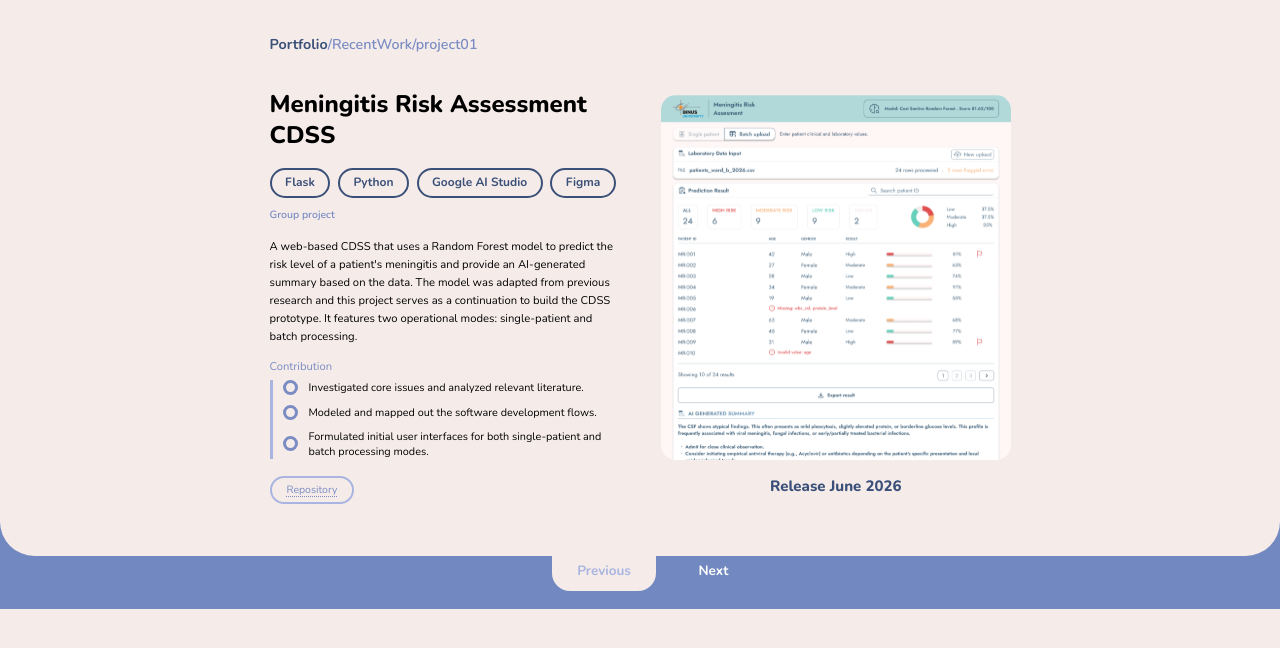
Repository: L-vy/L-vy
Page: /recentworks/project01
An editor plug-in stored every save of this project. The page is shown before and after the next save, followed by the edit.
The browser window is 1280 px wide. The pictures show the whole page.
Some web fonts or font styles are not loaded; a fallback is used. The project was rebuilt for these pictures with package versions that can differ from the ones it lists, and the page was loaded fresh each time. Also part of the build but not shown: vite.config.ts, src/components/Icon.tsx, src/data/site.ts, src/components/useGoTo.ts, src/components/Navbar.tsx, src/components/Hero.tsx, src/components/Reveal.tsx, src/components/Skills.tsx and 9 more.

Above is the page before, as saved 2026-10-07 19:42:45.

### index.html
<!doctype html>
<html lang="en">
  <head>
    <meta charset="UTF-8" />
    <meta name="viewport" content="width=device-width, initial-scale=1.0" />
    <meta name="description" content="Portfolio of Latasha Ivy Khoe, Computer Science student specializing in Cloud Technology, UI/UX design and full-stack development." />
    <meta name="theme-color" content="#7288c1" />
    <link rel="icon" href="/images/ivy-logo.svg" />
    <link rel="preconnect" href="https://fonts.googleapis.com" />
    <link rel="preconnect" href="https://fonts.gstatic.com" crossorigin />
    <link href="https://fonts.googleapis.com/css2?family=Nunito:ital,wght@0,400;0,600;0,700;0,800;1,400&family=Playwrite+US+Modern:wght@100..400&display=swap" rel="stylesheet" />
    <title>Latasha Ivy Khoe | Portfolio</title>
  </head>
  <body>
    <div id="root"></div>
    <script type="module" src="/src/main.tsx"></script>
  </body>
</html>

### src/main.tsx
import { StrictMode } from 'react'
import { createRoot } from 'react-dom/client'
import App from './App'
import './styles.css'
createRoot(document.getElementById('root')!).render(<StrictMode><App /></StrictMode>)

### src/App.tsx
import { BrowserRouter, Route, Routes } from 'react-router-dom'
import Home from './pages/Home'
import ProjectDetails from './pages/ProjectDetails'
import CursorCircle from './components/CursorCircle'
export default function App() {
  return (
    <BrowserRouter>
      <CursorCircle />
      <Routes>
        <Route path="/" element={<Home />} />
        <Route path="/recentworks/:id" element={<ProjectDetails />} />
        <Route path="*" element={<Home />} />
      </Routes>
    </BrowserRouter>
  )
}

### src/styles.css
/* Sizes are authored at design scale (16px = 1rem) and rendered at 75% via html{font-size:75%}. */
:root{--blue:#7288c1;--cream:#f5ecea;--ink:#3b5078;--peri:#7a8cc2;--light:#a9b5e0;--bar:#9fadd1;--pill:#d3d6e6;--panel:#d1d4e3;--ph:#d9d9d9;--txt:#000;--gut:max(3.5rem,calc((100% - 68.75rem)/2 + 3.5rem));color-scheme:light}
html{font-size:75%}
*{box-sizing:border-box}
body{margin:0;background:var(--cream);color:var(--txt);font-family:'Nunito',system-ui,sans-serif;line-height:1.4}
h1,h2,h3,p,ul{margin:0}
ul{padding:0;list-style:none}
a{color:inherit}
button{font-family:inherit;cursor:pointer}
img{max-width:100%}
:focus-visible{outline:3px solid var(--ink);outline-offset:3px}
.fx{font-family:'Playwrite US Modern','Nunito',cursive;font-weight:400}
.nav{position:relative;height:4.5rem;background:var(--blue)}
.nav::after{content:'';position:absolute;left:0;right:0;top:100%;height:2.875rem;background:var(--blue)}
.nav-tabs{max-width:68.75rem;margin:0 auto;height:100%;display:flex;align-items:flex-end;padding-left:28%}
.nav-tab{width:8.25rem;height:4rem;border:0;background:none;color:#e9ecf7;display:grid;place-items:center;padding:0;transition:opacity .25s}
.nav-tab:hover{opacity:.8}
.nav-tab.active{background:var(--cream);border-radius:1.5rem 1.5rem 0 0;color:var(--light);opacity:1}
.nav-tab img{height:2.125rem}
.page{position:relative;z-index:1;background:var(--cream);border-radius:2.875rem 2.875rem 0 0;padding:0 var(--gut)}
.section{padding-top:5.625rem}
.hero{position:relative;padding-top:2.875rem}
.hero-top{display:flex;justify-content:space-between;align-items:center}
.path{font-size:1.1875rem;font-weight:600;color:var(--peri)}
.path b{color:var(--ink);font-weight:700}
.crumb{background:none;border:0;padding:0;font:inherit;color:inherit}
.contact-link{background:none;border:0;font-size:1.1875rem;font-weight:700;color:var(--ink)}
.hero-grid{display:grid;grid-template-columns:16.875rem 1fr;gap:3.125rem;align-items:center;margin-top:3.25rem}
.hero-photo{width:100%;aspect-ratio:1;object-fit:cover;background:var(--ph);border-radius:2.5rem;transition:transform .3s}
.hero-photo:hover{transform:rotate(-1.2deg) scale(1.015)}
.hello{height:3.375rem;width:auto;display:block}
h1{margin-top:0.25rem;font:400 2.5rem/1.35 'Playwrite US Modern','Nunito',cursive}
.lead{max-width:30rem;font-size:1.0625rem;line-height:1.6;margin-top:0.875rem}
.lead.sm{font-size:0.9375rem;max-width:none;margin-top:1.25rem}
.actions{display:flex;align-items:center;gap:2.25rem;margin-top:1.625rem;flex-wrap:wrap}
.btn{display:inline-flex;align-items:center;gap:0.5rem;background:var(--ink);color:#fff;border:0;border-radius:62.4375rem;padding:0.75rem 1.375rem;font-size:1.0625rem;font-weight:700;transition:transform .25s}
.btn:hover{transform:translateY(-2px)}
.btn.blue{background:var(--blue);font-size:1.1875rem;padding:0.875rem 1.75rem}
.link-dotted{text-decoration:underline dotted;text-underline-offset:0.25rem;font-weight:700}
.link-dotted.grey{color:#777;font-size:1.0625rem}
.butterfly{display:block;margin:4rem auto 0;width:6rem}
.intro{max-width:47.5rem;margin:4.375rem auto 0;text-align:center}
.intro-text{font-size:1rem;line-height:1.7}
.pills{display:flex;flex-wrap:wrap;gap:0.625rem;justify-content:center;margin-top:1.375rem}
.pills.left{justify-content:flex-start}
.pill{border-radius:62.4375rem;padding:0.375rem 1.125rem;font-weight:700;font-size:0.9375rem;background:var(--pill);color:var(--ink)}
.pill.solid-outline{background:none;border:2px solid var(--ink);font-size:1rem}
.reveal{opacity:0;transform:translateY(0.875rem);transition:opacity .6s,transform .6s}
.reveal.in{opacity:1;transform:none}
.fill{height:100%}
.cards{display:grid;grid-template-columns:repeat(4,1fr);gap:1.625rem;margin-top:2.125rem}
.card{display:flex;flex-direction:column;min-width:0}
.card-img{display:block;aspect-ratio:400/420;border-radius:2.25rem;overflow:hidden;background:var(--ph);transition:transform .3s}
.card-img img{width:100%;height:100%;object-fit:cover;display:block}
.card:hover .card-img{transform:rotate(-1.2deg) scale(1.015)}
.card-title{display:flex;justify-content:space-between;align-items:flex-start;gap:0.5rem;margin-top:1rem;color:var(--ink)}
.card-title .icon{flex:none}
.clamp{font-size:1.125rem;font-weight:800;line-height:1.3;color:var(--txt);display:-webkit-box;-webkit-line-clamp:2;-webkit-box-orient:vertical;overflow:hidden}
.card-sum{font-size:0.875rem;line-height:1.5;margin-top:0.375rem}
.card-links{margin-top:0.625rem}
.card-links .link-dotted{color:var(--peri);font-size:0.875rem}
.tabbar{position:relative;background:var(--bar);border-radius:62.4375rem;padding:0.375rem 0.5rem;display:flex;justify-content:center;gap:0.75rem;margin-top:2.125rem;box-shadow:0 0.5rem 0.875rem -0.375rem rgba(60,70,110,.35)}
.tabwrap{position:relative;width:min(9.375rem,22%)}
.tab{width:100%;border:0;border-radius:62.4375rem;padding:0.5rem 0;font-size:1rem;font-weight:700;background:var(--pill);color:#8f9dcf;transition:background .25s,color .25s}
.tab.on{background:#fff;color:var(--ink)}
.pointer{position:absolute;left:50%;bottom:-1.25rem;margin-left:-0.5625rem;border:0.5625rem solid transparent;border-top:0;border-bottom:0.8125rem solid var(--ink)}
.panel{margin-top:2.75rem;background:var(--panel);border-radius:1.375rem;height:30.625rem;box-shadow:0 0.375rem 1rem -0.5rem rgba(60,70,110,.3);transition:background .3s,box-shadow .3s}
.panel.bound{background:transparent;box-shadow:none}
.banner{height:100%;display:flex;flex-direction:column;gap:2.125rem;padding:1.875rem 2.125rem 2.5rem}
.banner-img{flex:1;min-height:0;width:100%;object-fit:cover;background:var(--ph);border-radius:2.25rem;transition:transform .3s}
.banner:hover .banner-img{transform:rotate(-1.2deg) scale(1.015)}
.tx{padding-left:0.4375rem}
.tx h2{font-size:1.625rem;line-height:1.4}
.tx h3{margin-top:2px;font-size:1.1875rem;font-weight:700}
.tx p{margin-top:0.375rem;font-style:italic;font-size:0.9375rem}
.folders{height:100%;display:grid;grid-template-columns:1fr 1fr;gap:1.5rem;padding:1.75rem 2rem}
.folder{--rim:#3b5078;--body:#f3f3f9;background:var(--rim);border-radius:1.875rem;padding:1.5px;display:flex;flex-direction:column;overflow:hidden}
.media{height:11.875rem;margin-bottom:-2.5rem;flex:none;position:relative;overflow:hidden;border-radius:1.78125rem 1.78125rem 0 0;background:var(--ph)}
.media>*{display:block;width:100%;height:100%;object-fit:cover;background:var(--ph);transform:scale(1.06);transition:transform .3s}
.folder:hover .media>*{transform:rotate(-1.2deg) scale(1.1)}
.rest{flex:1;position:relative;z-index:1;background:var(--body);border-radius:0 1.78125rem 1.78125rem 1.78125rem;padding:0 1.375rem 1.125rem;display:flex;flex-direction:column}
.rest .tab{position:absolute;left:0;top:-2.25rem;width:80%;height:2.3125rem;padding:0;border-radius:1.25rem 1.25rem 0 0;background:var(--body)}
.rest .tab::after{content:'';position:absolute;right:-1.25rem;bottom:0;width:1.25rem;height:1.25rem;background:radial-gradient(circle at 100% 0,transparent 1.21875rem,var(--body) 1.25rem)}
.head{position:relative;margin-top:-1.375rem}
.head::before{content:'';float:right;width:24%;height:1rem}
.head b{display:-webkit-box;-webkit-line-clamp:3;-webkit-box-orient:vertical;overflow:hidden;font-size:1.0625rem;font-weight:800;line-height:1.25}
.head span{display:block;font-size:0.9375rem;color:#6f748f;margin-top:2px}
.folder p{margin-top:0.75rem;font-size:0.84375rem;font-style:italic;line-height:1.5;display:-webkit-box;-webkit-line-clamp:4;-webkit-box-orient:vertical;overflow:hidden}
.foot{margin-top:auto;padding-top:0.625rem;display:flex;justify-content:space-between;align-items:center;min-height:2.75rem}
.foot strong{font-size:1.5625rem;line-height:1.3}
.go{display:grid;place-items:center;width:2.5rem;height:2.5rem;border-radius:50%;background:var(--ink);color:#fff;transition:transform .25s}
.go:hover{transform:translate(2px,-2px)}
.exp{position:relative;height:100%}
.plate{position:absolute;left:0;top:0;bottom:0;width:8.125rem;background:#c9cde0;border-radius:1.625rem 0 0 1.625rem;box-shadow:0 0.625rem 1.125rem -0.625rem rgba(60,70,110,.4)}
.rail{position:absolute;left:0;top:4.4375rem;width:3.75rem;height:0;z-index:2}
.rail button{position:absolute;left:0.8125rem;top:calc(var(--i)*4.5rem);width:2.9375rem;height:5.25rem;z-index:calc(var(--i) + 1);border:0;background:var(--c);color:#fff;border-radius:1.125rem 0 0 1.125rem;display:grid;place-items:center;padding:0;transition:left .25s,width .25s}
.rail button:hover,.rail button[aria-selected=true]{left:0.4375rem;width:3.3125rem}
.rail button[aria-selected=true]{z-index:10}
.fcard{--acc:#9fadd1;position:absolute;left:3.75rem;right:0;top:0;bottom:0;background:var(--cream);border:2.5px solid var(--acc);border-radius:1.625rem;box-shadow:0 0.625rem 1.25rem -0.625rem rgba(60,70,110,.4);padding:1.375rem 1.75rem 1.375rem 1.875rem;overflow:hidden;transition:border-color .35s}
.pg{position:relative;height:100%;display:grid;grid-template-columns:1fr 1fr;grid-template-rows:auto 1fr;column-gap:3.5rem;animation:in .4s ease both}
@keyframes in{from{opacity:0;transform:translateY(0.5rem)}to{opacity:1;transform:none}}
.lab{grid-column:1/-1;font-size:0.8125rem}
.col{display:flex;flex-direction:column;min-width:0}
.col.end{align-self:end;padding-bottom:0.625rem}
.t{font-size:1.6875rem;font-weight:800;color:var(--ttl);line-height:1.2;margin-top:1.75rem}
.col.end .t{margin-top:0}
.sub{font-size:1.25rem;color:var(--ttl);margin-top:0.375rem}
.d{font-size:0.875rem;line-height:1.55;margin-top:1rem;font-style:italic}
.h{font-size:0.8125rem;margin:1.375rem 0 0.375rem}
.col ul{padding-left:1.25rem;font-size:0.84375rem;line-height:1.55;list-style:disc}
.stack,.zig{position:relative;margin-top:auto}
.stack{height:8rem}
.zig{margin-top:0.875rem}
.sp{position:absolute;display:block;width:62%;height:7.375rem;object-fit:cover;background:var(--ph);border:1px solid var(--txt);border-radius:1.625rem;transform:rotate(var(--r));transition:transform .3s}
.sp:hover{z-index:9;transform:rotate(calc(var(--r)*-1)) translateY(-0.3125rem) scale(1.03)}
.stack .sp:nth-child(1){--r:-2deg;left:0;top:0.375rem}
.stack .sp:nth-child(2){--r:1.5deg;left:20%;top:0.75rem}
.stack .sp:nth-child(3){--r:-1deg;left:38%;top:0}
.zig .sp{width:70%;height:7.5625rem}
.zig .sp:nth-child(1){--r:1deg;left:0;top:0}
.zig .sp:nth-child(2){--r:-1deg;left:44%;top:7rem}
.zig .sp:nth-child(3){--r:1deg;left:-1%;top:14.125rem}
.p1{left:47%;top:0.5rem;width:29%;height:8.4375rem;--r:1deg}
.p2{left:66%;top:4.875rem;width:27%;height:auto;aspect-ratio:210/297;--r:-1deg}
.contact{text-align:center;padding:5.75rem 0 6.25rem}
.contact h2{font-size:2.25rem;font-weight:400}
.contact b{font-weight:800}
.contact .btn{margin-top:1.375rem}
.footer{background:var(--blue);color:#eef0fa;padding:3.25rem var(--gut) 2.5rem;display:flex;justify-content:space-between;align-items:flex-end;gap:1.875rem;flex-wrap:wrap;min-height:14.375rem}
.footer ul{display:flex;gap:2.75rem;align-self:flex-start}
.ci{display:block;color:#dfe4f6;transition:transform .25s}
.ci:hover,.ci.pulse{transform:translateY(-0.25rem) scale(1.12)}
.footer-by{text-align:right;line-height:2;font-size:1rem}
.detail{border-radius:0 0 2.875rem 2.875rem;padding-top:2.875rem;padding-bottom:4.375rem}
.detail-grid{display:grid;grid-template-columns:1fr 1fr;gap:3.5rem;align-items:center;margin-top:2.875rem}
.detail-title{margin:0;font:800 2rem/1.3 'Nunito',sans-serif}
.detail .pills{margin-top:1.375rem}
.meta{margin-top:0.875rem;font-size:0.875rem;font-weight:600;color:var(--peri)}
.contrib{margin:1.125rem 0 0.5rem;font:400 0.9375rem 'Playwrite US Modern','Nunito',cursive;color:var(--peri)}
.contrib-list{border-left:3px solid var(--light);padding-left:0.875rem;display:grid;gap:0.75rem;font-size:0.90625rem}
.contrib-list li{display:flex;gap:0.875rem;align-items:center}
.contrib-list li::before{content:'';width:0.75rem;height:0.75rem;flex:none;border-radius:50%;border:3px solid var(--peri)}
.detail-links{display:flex;gap:0.75rem;flex-wrap:wrap;margin-top:1.375rem}
.detail-links .pill{background:none;border:2px solid var(--light);color:var(--peri);padding:0.375rem 1.25rem;font:400 0.875rem 'Playwrite US Modern','Nunito',cursive;text-decoration:underline dotted;text-underline-offset:0.25rem}
.proto{margin:0}
/* .proto img{display:block;width:100%;aspect-ratio:1/1.08;object-fit:cover;background:var(--ph);border:3px solid var(--ink);border-radius:3rem;transition:transform .3s} */
.proto img {  border: 0;  outline: 0;  border-radius: 15px;}
.proto img:hover{transform:rotate(1.2deg) scale(1.015)}
.proto figcaption{text-align:center;font-weight:800;font-size:1.25rem;color:var(--ink);margin-top:1rem}
.pager{background:var(--blue);margin-top:-2.875rem;padding:5.5rem var(--gut) 1.5rem;display:flex;justify-content:center;gap:3.5rem}
.pager-btn{margin-top:-3rem;height:3.25rem;display:grid;place-items:center;color:#fff;font-weight:700;font-size:1.125rem;text-decoration:none;transition:opacity .2s}
.pager-btn.prev{background:var(--cream);color:var(--ink);padding:0 2.125rem;border-radius:0 0 1.5rem 1.5rem}
.pager-btn.off{opacity:.5}
.pager-btn.prev.off{opacity:1;color:var(--light)}
.cursor-circle{position:fixed;left:0;top:0;width:4rem;height:4rem;border-radius:50%;background:rgba(114,136,193,.28);pointer-events:none;z-index:50;transform:translate(-6.25rem,-6.25rem) scale(0);transition:transform .18s}
@media (max-width:960px)
{.cards{grid-template-columns:1fr 1fr}.nav-tabs{padding-left:4%}.nav-tab{width:6rem}}
@media (max-width:760px)
{.page{border-radius:1.875rem 1.875rem 0 0;padding:0 1.25rem}.hero-grid,.detail-grid{grid-template-columns:1fr;gap:1.75rem}.hero-photo{max-width:16.25rem}h1{font-size:1.875rem}.detail-title{font-size:1.5625rem}.cards{grid-template-columns:1fr}.tab{font-size:0.75rem}.tabbar{gap:0.375rem}.pointer{display:none}.panel{height:auto}.banner{padding:1.125rem;gap:1.5rem}.banner-img{flex:none;height:11.875rem}.folders{grid-template-columns:1fr;padding:1.125rem}.folder{min-height:23.75rem}.contact h2{font-size:1.6875rem}.footer ul{gap:1.375rem}.footer-by{text-align:left}.plate{display:none}.fcard{position:static;padding:1.25rem 1.125rem;border-radius:1.375rem}.exp{height:auto}.rail{position:static;height:auto;display:flex;gap:0.375rem;padding-left:0.625rem}.rail button,.rail button:hover,.rail button[aria-selected=true]{position:static;width:3.5rem;height:2.875rem;border-radius:0.875rem 0.875rem 0 0}.pg{display:flex;flex-direction:column;gap:0.875rem;height:auto}.col.end{padding:0}.stack,.zig{height:auto;display:grid;gap:0.625rem;margin-top:0.625rem}.pg .sp{position:static;width:100%;height:6.875rem}.pg .p2{height:auto;width:58%;align-self:center}}
@media (prefers-reduced-motion:reduce){*{transition:none!important;animation:none!important}}

### src/pages/ProjectDetails.tsx
import { useEffect } from 'react'
import { Link, Navigate, useNavigate, useParams } from 'react-router-dom'
import { projects } from '../data/projects'
export default function ProjectDetails() {
  const { id } = useParams(); const nav = useNavigate()
  const i = projects.findIndex(p => p.id === id)
  useEffect(() => { window.scrollTo(0, 0) }, [id])
  if (i < 0) return <Navigate to="/" replace />
  const p = projects[i], prev = projects[i - 1], next = projects[i + 1]
  return (<>
    <main className="page detail">
      <p className="path">
        <button className="crumb" onClick={() => nav('/', { state: { scrollTo: 'recent-works' } })}><b>Portfolio</b>/RecentWork</button>/{p.id}
      </p>
      <div className="detail-grid">
        <div>
          <h1 className="detail-title">{p.title}</h1>
          {/* <ul className="pills left">{p.categories.map(c => <li key={c} className="pill solid-outline">{c}</li>)}</ul>
          <p className="meta">{p.tools.join(' · ')} · {p.type}</p> */}
          <ul className="pills left" aria-label="Tools">{p.tools.map(t => <li key={t} className="pill solid-outline">{t}</li>)}</ul>
          <p className="meta">{p.type}</p>
          <p className="lead sm">{p.description}</p>
          <h2 className="contrib">Contribution</h2>
          <ul className="contrib-list">{p.contributions.map(c => <li key={c}>{c}</li>)}</ul>
          <div className="detail-links">{p.links.map(l => <a key={l.label} className="pill link-dotted" href={l.url} target="_blank" rel="noreferrer">{l.label}</a>)}</div>
        </div>
        <figure className="proto">
          <img src={p.prototypeImage} alt={`${p.title} prototype`} />
          <figcaption>Release {p.releaseDate}</figcaption>
        </figure>
      </div>
    </main>
    <div className="pager">
      {prev ? <Link className="pager-btn prev" to={`/recentworks/${prev.id}`}>Previous</Link> : <span className="pager-btn prev off">Previous</span>}
      {next ? <Link className="pager-btn" to={`/recentworks/${next.id}`}>Next</Link> : <span className="pager-btn off">Next</span>}
    </div>
  </>)
}

### src/components/CursorCircle.tsx
import { useEffect, useRef } from 'react'
// Soft circle that follows the pointer and expands over buttons/links. Hidden on touch devices.
export default function CursorCircle() {
  const ref = useRef<HTMLDivElement>(null)
  useEffect(() => {
    if (!window.matchMedia('(hover: hover) and (pointer: fine)').matches) return
    const el = ref.current!
    const move = (e: MouseEvent) => {
      const over = (e.target as Element | null)?.closest('a,button,[data-cursor]')
      el.style.transform = `translate(${e.clientX}px,${e.clientY}px) translate(-50%,-50%) scale(${over ? 1 : 0})`
    }
    const leave = () => { el.style.transform = 'translate(-100px,-100px) scale(0)' }
    window.addEventListener('mousemove', move); document.addEventListener('mouseleave', leave)
    return () => { window.removeEventListener('mousemove', move); document.removeEventListener('mouseleave', leave) }
  }, [])
  return <div ref={ref} className="cursor-circle" aria-hidden="true" />
}

### src/data/projects.ts
export interface ProjectLink { label: string; url: string }
export interface Project {
  id: string; title: string; shortDescription: string; description: string
  image: string; prototypeImage: string; categories: string[]; tools: string[]; type: string
  links: ProjectLink[]; releaseDate: string; contributions: string[]
}
const img = (name: string) => `/images/projects/${name}.svg`
export const projects: Project[] = [
  {
    id: 'project01', title: 'Meningitis Risk Assessment CDSS',
    shortDescription: 'Clinical decision support for meningitis risk.',
    description: "A web-based CDSS that uses a Random Forest model to predict the risk level of a patient's meningitis and provide an AI-generated summary based on the data. The model was adapted from previous research and this project serves as a continuation to build the CDSS prototype. It features two operational modes: single-patient and batch processing.",
    image: img('cdss-meningitis'), prototypeImage: img('cdss-meningitis'), categories: ['Application Development', 'UI/UX'],
    tools: ['Flask', 'Python', 'Google AI Studio', 'Figma'], type: 'Group project',
    links: [{ label: 'Repository', url: 'https://github.com/chrysan95/meningitis_risk_assessment' }], releaseDate: 'June 2026',
    contributions: ['Investigated core issues and analyzed relevant literature.', 'Modeled and mapped out the software development flows.', 'Formulated initial user interfaces for both single-patient and batch processing modes.'],
  },
  {
    id: 'project02', title: 'Klerve', shortDescription: 'Haptic pen and AI app that helps people with ADHD regain focus.',
    description: "This project, which started as an ideation, is designed to help individuals with ADHD or focus difficulties by using a haptic pen connected to an app. The AI-based system tracks body and eye movements, then provides vibration alerts that help users regain focus. It aligns with Google.org's focus on education while implementing human-centered AI technology.",
    image: img('klerve'), prototypeImage: img('klerve'), categories: ['UI/UX'], tools: ['Figma'], type: 'Group project',
    links: [{ label: 'Proposal', url: 'https://drive.google.com/file/d/1Z4kwclvYXWxlEG2Ly2cNN0OCXOssgMGx/view?usp=sharing' }, { label: 'Video', url: 'https://youtu.be/0q1nO0iuCGU?si=mCvCKTX16-4OYDPh' }],
    releaseDate: 'March 2026',
    contributions: ['Researched target user needs and primary focus challenges.', 'Structured and designed the proposal layout for a highly readable review.', 'Assisted in designing initial interface concepts for the prototype app.'],
  },
  {
    id: 'project03', title: 'Ducky', shortDescription: 'Gamified flashcard app for smarter university studying.',
    description: 'Ducky is a gamified learning application made for university students who have trouble building a proper learning strategy. Built on a simple, memory-focused flashcard app, it makes studying more engaging and digestible in a shorter span of time. Each day presents a daily quest to unlock Ducky skins, completed by checking off to-do lists or earning XP in the training hall.',
    image: img('ducky'), prototypeImage: img('ducky'), categories: ['UI/UX'], tools: ['Figma'], type: 'Self-initiated project',
    links: [{ label: 'Prototype', url: 'https://www.figma.com/proto/vDHKPYqVWF5EF2O1UojpyD/Final-Project-UI-UX?node-id=77-3&p=f&viewport=-196%2C-27%2C0.02&t=XdKJMJBtwxoFTxZr-1&scaling=scale-down&content-scaling=fixed&starting-point-node-id=77%3A3&show-proto-sidebar=1&page-id=37%3A4298' }, { label: 'Overview', url: 'https://drive.google.com/file/d/1gh3WKY70dS-ZdYFia5I56Ok9MZQVw0ZY/view?usp=sharing' }],
    releaseDate: 'May 2025',
    contributions: ['Researched user needs through targeted surveys.', 'Designed interactive app prototype layouts.', 'Conducted app evaluations and user testing.', 'Structured the case study presentation and wireframes.'],
  },
  {
    id: 'project04', title: 'Perfect Farm', shortDescription: 'Marketplace for odd-looking produce to reduce food waste.',
    description: 'An online platform that enables farmers to sell odd-looking fruits and vegetables directly to consumers. These products are still fit for consumption but do not meet standard market appearances. The project aims to reduce food waste and give consumers affordable yet healthy diets, supporting UN Sustainable Development Goals 1, 2, and 10.',
    image: img('perfect-farm'), prototypeImage: img('perfect-farm'), categories: ['UI/UX'], tools: ['Figma'], type: 'Group project',
    links: [{ label: 'Prototype', url: 'https://www.figma.com/proto/0NArwISPxhp6qkAFpMuTFR/GoGlobal-Innovation?node-id=26-292&p=f&viewport=103%2C214%2C0.21&t=yB5uVCZkxzJckIVd-1&scaling=min-zoom&content-scaling=fixed&page-id=24%3A2' }, { label: 'Overview', url: 'https://canva.link/1w0f1v8fhv46lss' }],
    releaseDate: 'June 2025',
    contributions: ['Researched food waste relevancy across UK and SEA regions.', 'Formatted and structured the presentation layout.', 'Designed initial customer and farmer interface prototype layouts and app logo.'],
  },
]

After the next save:
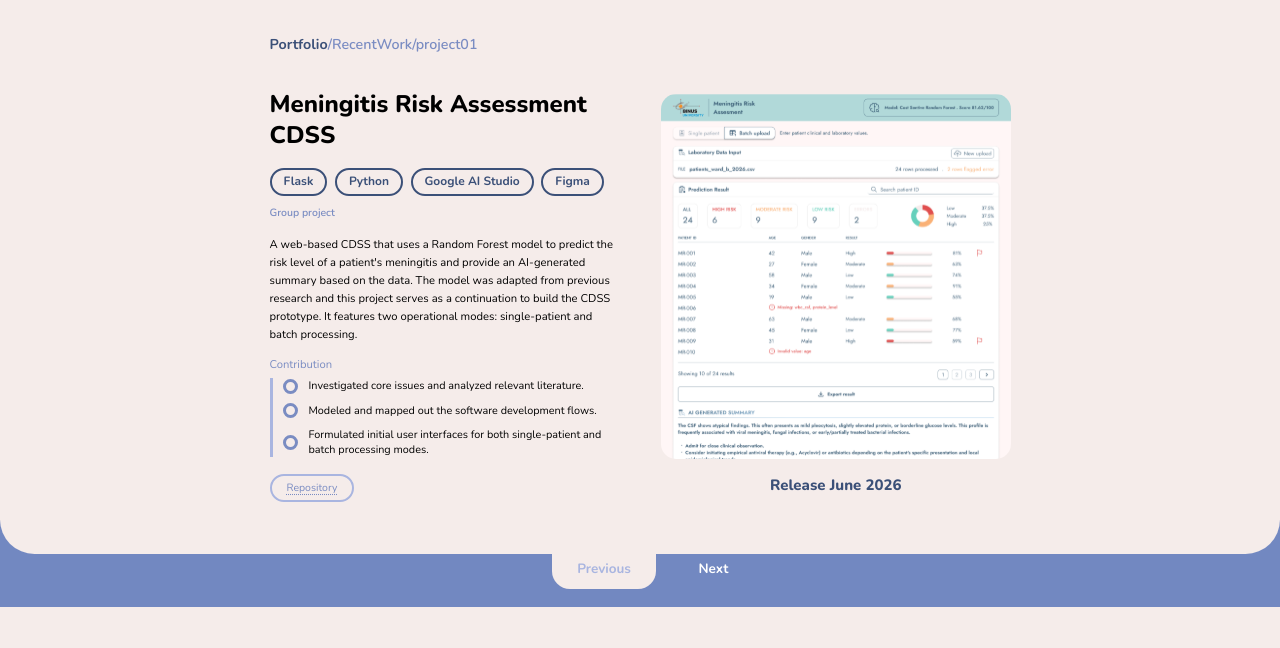
Saved 75 s later.
--- a/src/styles.css
+++ b/src/styles.css
@@ -43,7 +43,7 @@ h1{margin-top:0.25rem;font:400 2.5rem/1.35 'Playwrite US Modern','Nunito',cursiv
 .intro-text{font-size:1rem;line-height:1.7}
 .pills{display:flex;flex-wrap:wrap;gap:0.625rem;justify-content:center;margin-top:1.375rem}
 .pills.left{justify-content:flex-start}
-.pill{border-radius:62.4375rem;padding:0.375rem 1.125rem;font-weight:700;font-size:0.9375rem;background:var(--pill);color:var(--ink)}
+.pill{border-radius:62.4375rem;padding:0.3rem 1rem;font-weight:700;font-size:0.9375rem;background:var(--pill);color:var(--ink)}
 .pill.solid-outline{background:none;border:2px solid var(--ink);font-size:1rem}
 .reveal{opacity:0;transform:translateY(0.875rem);transition:opacity .6s,transform .6s}
 .reveal.in{opacity:1;transform:none}
